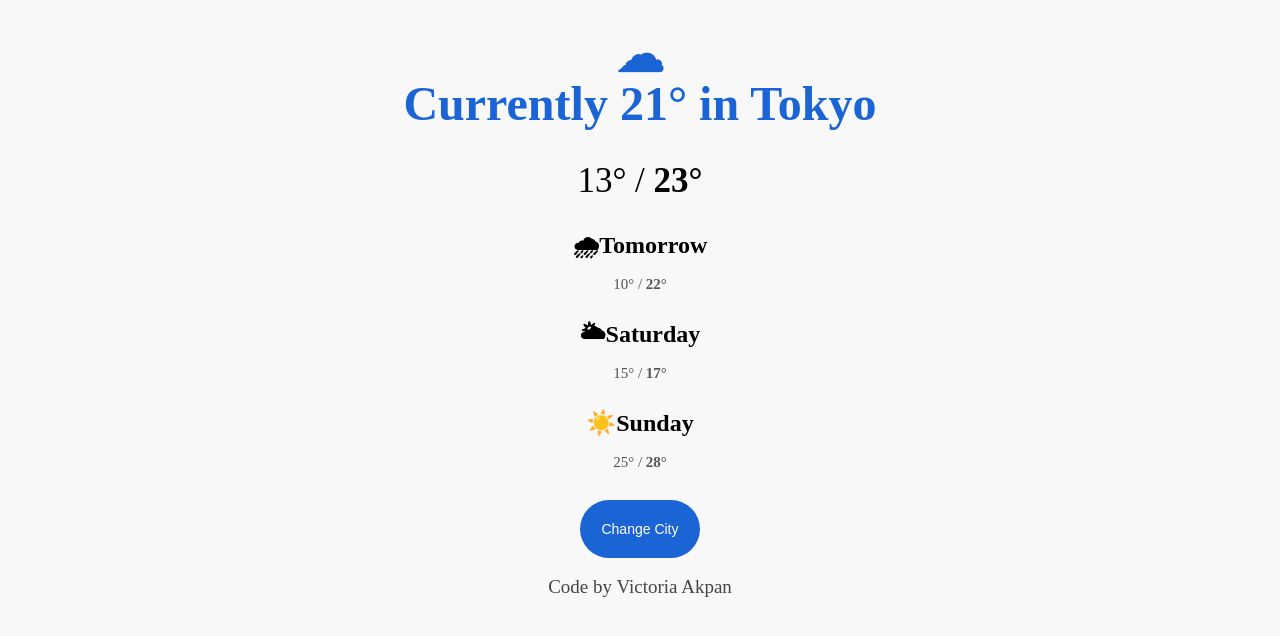
Repository: VickyJacob23/SheCode
Page: firstCode/weatherAppHomeWork.html
An editor plug-in stored every save of this project. The page is shown before and after the next save, followed by the edit.
The browser window is 1280 px wide. The pictures show the whole page.

Above is the page before, as saved 2024-08-29 08:26:04.

### firstCode/weatherAppHomeWork.html
<!DOCTYPE html>
<html lang="en">
  <head>
    <meta charset="UTF-8" />
    <meta name="viewport" content="width=device-width, initial-scale=1.0" />
    <title>Demo WeatherAPP</title>

    <style>
      body {
        background-color: #f8f8f8;
      }
      h1 {
        color: #1a64d6;
        font-size: 48px;
        font-weight: 700;
      }

      span{
        font-weight: 700;
      }
      button {
        background-color: #1a64d6;
        color: #fff;
        font-size: 14px;
        font-weight: 500;
        border: none;
        outline: none;
        display: block;
        margin:  10px auto;
        padding: 1.5em;
        border-radius: 30px;
        box-shadow:5px 5px 5px  rgba(0, 0, 0, 0.5)
        transition: all 500ms ease-in-out;
      }
      button:hover {
        background-color: #fff;
        color: #1a64d6;
        border: 1px solid #1a64d6;
        cursor: pointer;
      }
      .container {
        margin: auto;
        text-align: center;
        line-height:1;
        }

        .gray{
        font-size: 15px;
        color:#555353
      }
      .days {
        margin-bottom: 30px;
      }
      .days:hover{
        background-color: #ffe2e2;
        cursor: pointer;
        transition: all 500ms ease-in-out;
        border-radius: 10px;
        display: inline-flex;
        padding: 10px 25px;
      }

      #bold {
        font-size: 35px;
      }
      #author {
        font-size: 19px;
        color: #464444;
      }
    </style>
  </head>
  <body>
    <div class="container">
      <h1><div>☁ </div> Currently 21° in Tokyo</h1>
      <p id="bold">13° / <span>23°</span></p>

      <div class="days">
        <h2>🌧Tomorrow</h2>
        <p class="gray">10° / <span>22°</span></p>
      </div>

      <div class="days">
        <h2>🌥Saturday</h2>
        <p class="gray">15° / <span>17°</span></p>
      </div>

      <div class="days">
        <h2> ☀️Sunday</h2>
        <p class="gray">25° / <span>28°</span></p>
      </div>

       <button class="btn">Change City</button>

      <p id="author">Code by Victoria Akpan</p>
    </div>

  </body>
</html>

After the next save:
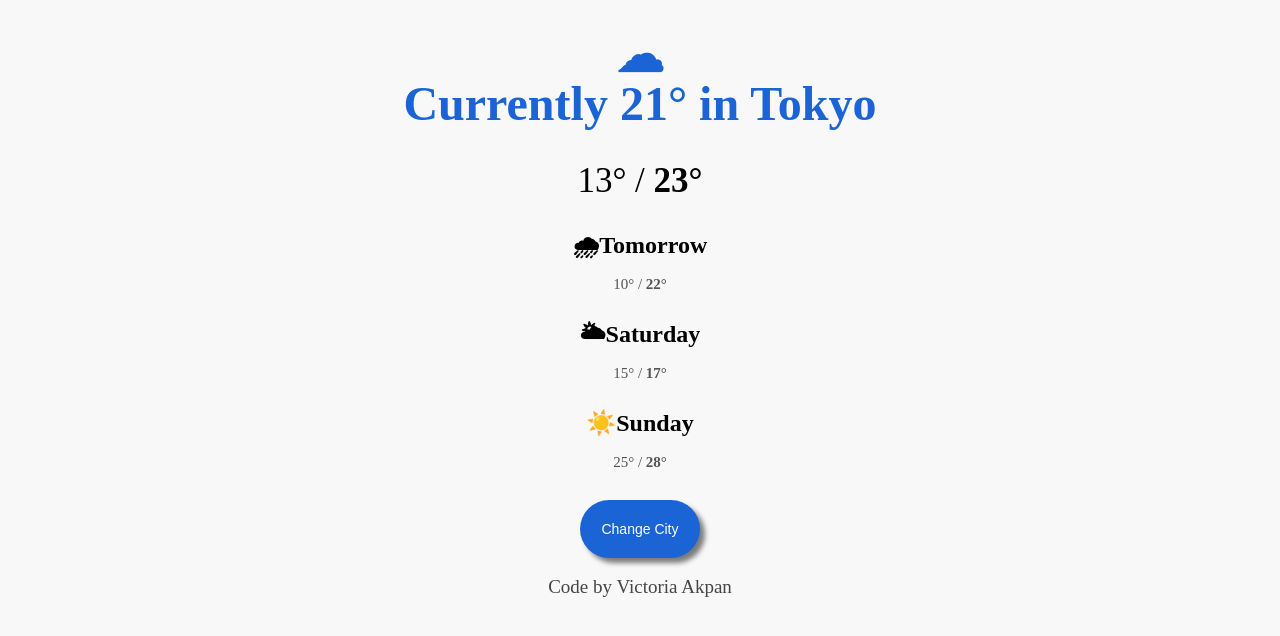
Saved 7 min 4 s later.
--- a/firstCode/weatherAppHomeWork.html
+++ b/firstCode/weatherAppHomeWork.html
@@ -15,7 +15,7 @@
         font-weight: 700;
       }
 
-      span{
+      span {
         font-weight: 700;
       }
       button {
@@ -26,10 +26,10 @@
         border: none;
         outline: none;
         display: block;
-        margin:  10px auto;
+        margin: 10px auto;
         padding: 1.5em;
         border-radius: 30px;
-        box-shadow:5px 5px 5px  rgba(0, 0, 0, 0.5)
+        box-shadow: 5px 5px 5px rgba(0, 0, 0, 0.5);
         transition: all 500ms ease-in-out;
       }
       button:hover {
@@ -41,17 +41,17 @@
       .container {
         margin: auto;
         text-align: center;
-        line-height:1;
-        }
+        line-height: 1;
+      }
 
-        .gray{
+      .gray {
         font-size: 15px;
-        color:#555353
+        color: #555353;
       }
       .days {
         margin-bottom: 30px;
       }
-      .days:hover{
+      .days:hover {
         background-color: #ffe2e2;
         cursor: pointer;
         transition: all 500ms ease-in-out;
@@ -71,7 +71,10 @@
   </head>
   <body>
     <div class="container">
-      <h1><div>☁ </div> Currently 21° in Tokyo</h1>
+      <h1>
+        <div>☁</div>
+        Currently 21° in Tokyo
+      </h1>
       <p id="bold">13° / <span>23°</span></p>
 
       <div class="days">
@@ -85,14 +88,13 @@
       </div>
 
       <div class="days">
-        <h2> ☀️Sunday</h2>
+        <h2>☀️Sunday</h2>
         <p class="gray">25° / <span>28°</span></p>
       </div>
 
-       <button class="btn">Change City</button>
+      <button class="btn">Change City</button>
 
       <p id="author">Code by Victoria Akpan</p>
     </div>
-
   </body>
 </html>
